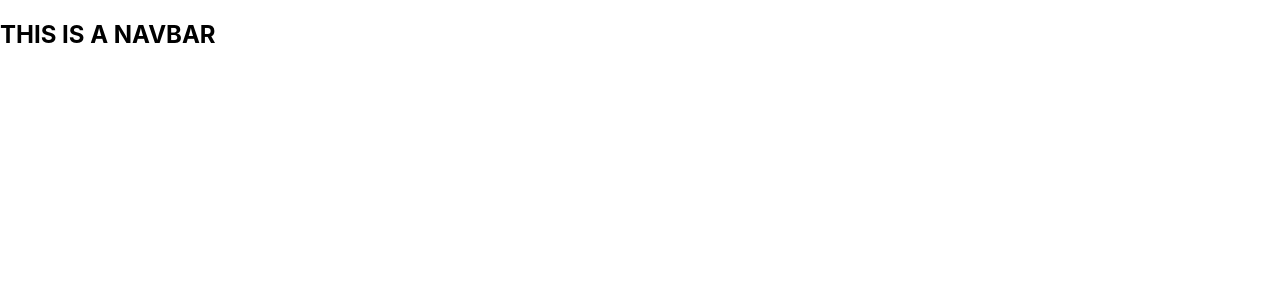
Repository: react-for-web-developers/03-react-components
Page: / (app in exercises/linkedin/)
The author's editor kept a copy of each file at every save. The page is drawn from the files as they stood at one save, then again after a run of saves.
The browser window is 1280 px wide. The pictures show the whole page.
The project was rebuilt for these pictures with package versions that can differ from the ones it lists, and the page was loaded fresh each time. Also part of the build but not shown: exercises/linkedin/src/App.css.

Above is the page before, as saved 2021-10-13 22:53:06.

After the next 7 saves:
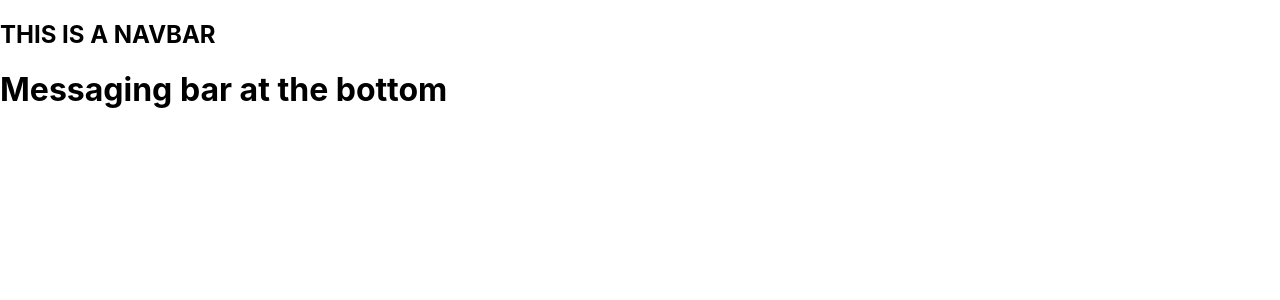
The 7 saves are shown as one change because they came seconds apart.
The last was saved 20 s later.
--- a/exercises/linkedin/src/App.js
+++ b/exercises/linkedin/src/App.js
@@ -6,7 +6,7 @@ function App() {
   return (
     <div>
       <NavBar/>
-
+      <Messaging/>
     </div>
   );
 }
